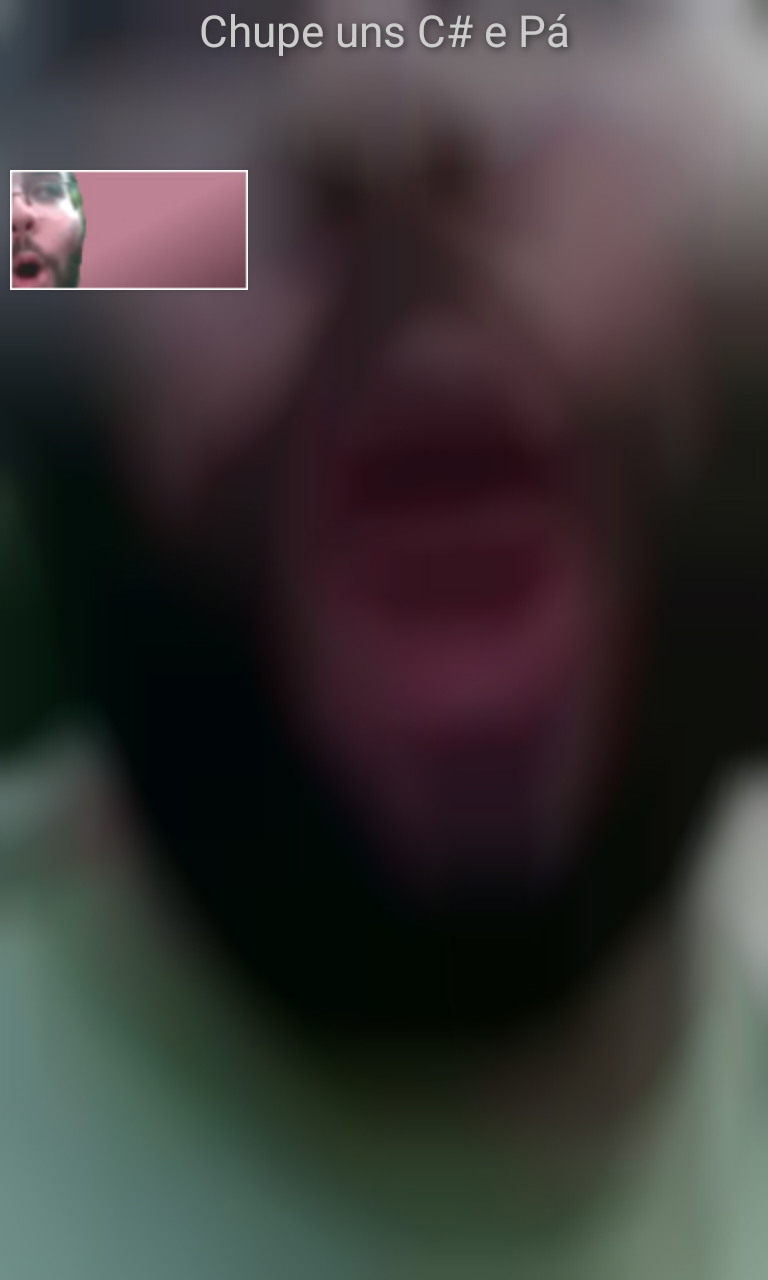
Repository: Cookahn/bioca_sounds
Layout: ChicoBiocaApp/res/layout/remix_activity.xml
An editor plug-in stored every save of this project. The layout is shown before and after the next save, followed by the edit.
It is drawn on a 768 x 1280 px phone screen (xhdpi) without system bars, with theme AppTheme; the app's code is not run.

Above is the layout before, as saved 2014-08-12 20:37:46.

After the next save:
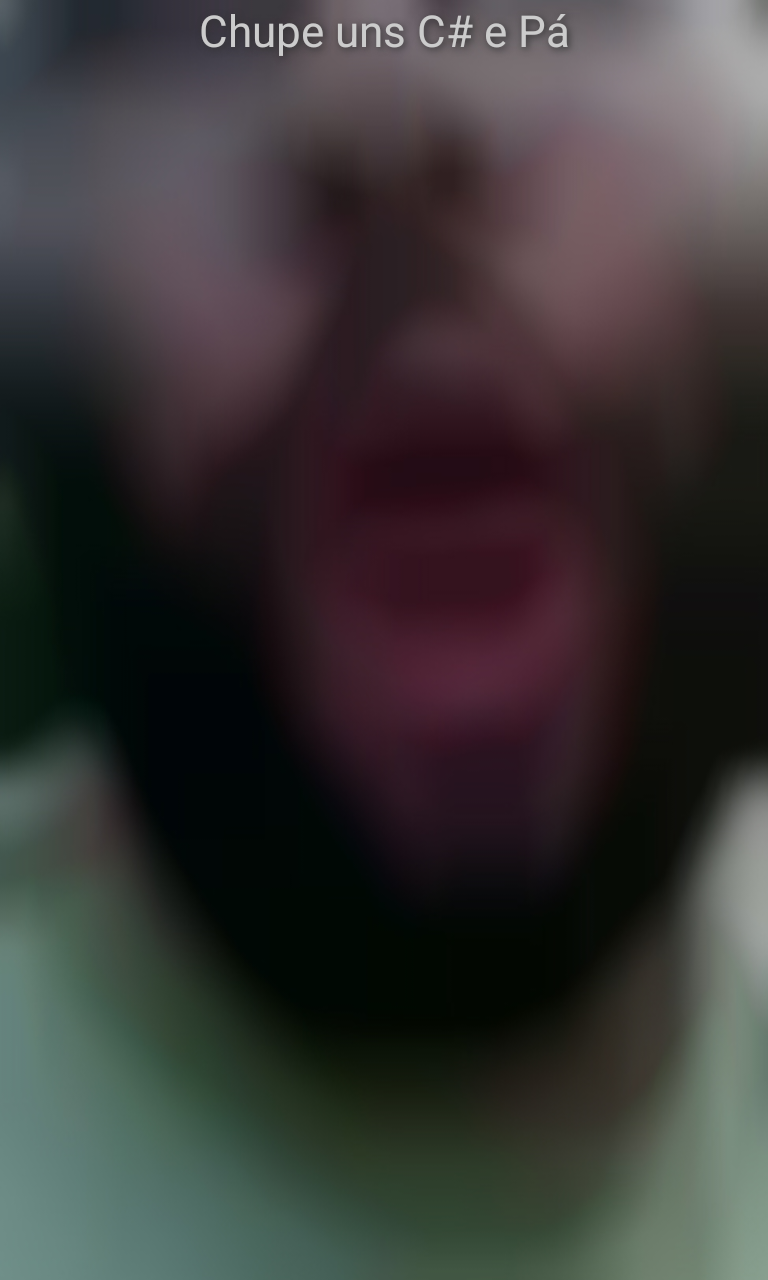
Saved 4 min 32 s later.
--- a/ChicoBiocaApp/res/layout/remix_activity.xml
+++ b/ChicoBiocaApp/res/layout/remix_activity.xml
@@ -19,9 +19,6 @@
         android:textColor="#ccc"
         android:textSize="22sp" />
 
-    <include
-        android:id="@+id/button_bioca"
-        layout="@layout/button_item"/>
 
 <!--     <LinearLayout
         android:layout_width="match_parent"
